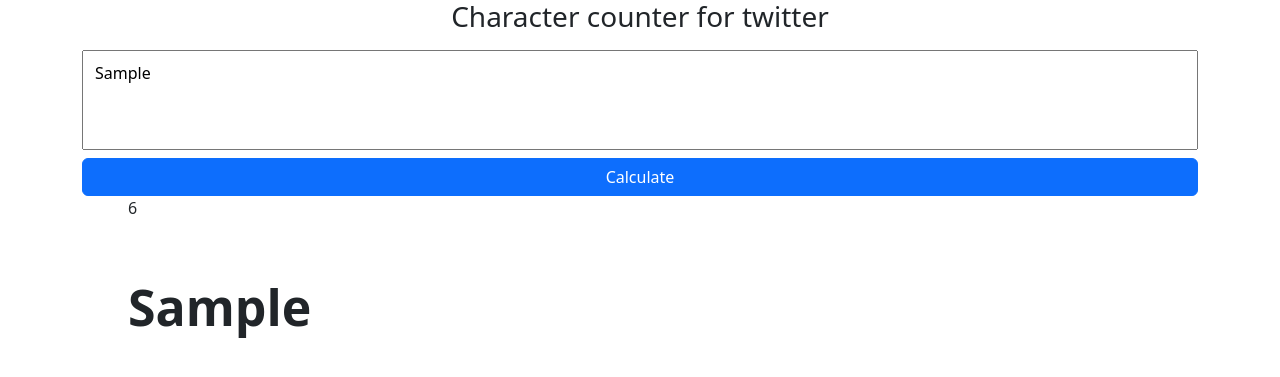
Repository: magmukendi/Tweets-Count
Page: index.html
An editor plug-in stored every save of this project. The page is shown before and after the next save, followed by the edit.
The browser window is 1280 px wide. The pictures show the whole page.
Empty fields were first filled with sample values (such as "Sample", 5 or name@example.com).
After loading, the first visible `#tt` was changed once.
Some web libraries are served in a nearby version.

Above is the page before, as saved 2022-06-11 14:55:56.
Console error: TypeError: Cannot set properties of undefined (setting 'color')

### index.html
<!DOCTYPE html>
<html lang="en">
<head>
    <meta charset="UTF-8">
    <meta http-equiv="X-UA-Compatible" content="IE=edge">
    <meta name="viewport" content="width=device-width, initial-scale=1.0">
    <link href="https://cdn.jsdelivr.net/npm/bootstrap@5.2.0-beta1/dist/css/bootstrap.min.css" rel="stylesheet" integrity="sha384-0evHe/X+R7YkIZDRvuzKMRqM+OrBnVFBL6DOitfPri4tjfHxaWutUpFmBp4vmVor" crossorigin="anonymous">
    <link rel="shortcut icon" href="assets/images/icon.ico"image/x-icon">
    <script src="https://kit.fontawesome.com/cd3abaa76f.js" crossorigin="anonymous"></script>

    <link href="style.css" rel="stylesheet">
    <title>Price Calculator</title>
</head>
<body>
    <div id="answer" class="container row">
        <h3>Character counter for twitter</h3>
        <textarea id="tt" class="mt-2 mb-2" id="won" autosize></textarea>
        <button onclick="myFunction()" class="btn btn-primary"> Calculate</button>


    </div>

    <div id="result"justify style="width: 80%; margin:auto; text-align: justify;">

    </div>


    <script type="text/javascript" src="app.js"></script>
</body>
</html>

### style.css
body{
    margin:auto;
    align-items: center;
    text-align: center;
}
.container{
    margin:auto;
    display: flex;
    justify-content: center;
    align-items: center;
}

.form-elem{
    margin-top: 10;
    margin-bottom: 10;
}

#tt{
    resize: none;
    overflow: visible;
    padding-top:10px;
    padding-bottom: 10px;
    height: 100px;
}

### app.js
let list = []
let result = 0;
let x;
let p;
let xValue;
let s;
let number;
let input = document.getElementById('tt');
let d;
let e;
let doc = document.getElementById('result');

function print(){
        doc.innerHTML = '';
        x = document.getElementById('tt');
        p = document.createElement('p')
        number = document.createElement('p')
        xValue = x.value;
        if (xValue){
                p.innerText = xValue
        }
        doc.append(number)
        doc.appendChild(p)
        p.style = 'font-weight:bold; font-size:50px; margin-top:50px';
        number.style = 'margin:auto, text-align:center';
}
function colorChange(){
        s = p.innerText
        let n =/\w+/g
        let char = /./g
        number.innerText = s.match(char).length;
        p.style.style.color ='green'
        if (s.match(char).length >=140){
                p.style.color ='red';
                console.log(s.match(n))

        }

        if(s.match(char).length >=145/2){
                p.style.color = 'blue';

        }
}
function render (){
        document.getElementById('tt').addEventListener('keyup', print)
        document.getElementById('tt').addEventListener('keyup', colorChange)
}
render()
function myFunction(){
        let doc = document.getElementById('result');
        doc.innerHTML = '';

        if (xValue){
                p.innerText = xValue
        }
        else{
                alert("please enter a number")
        }
        doc.appendChild(p)
        p.style = 'font-weight:bold; font-size:50px; margin-top:50px'
        x.value = ''
}


/*function add(){
        let p = document.getElementById('tt');
        let d =parseInt(p.value)
        if (d>=0){
                result += d;
                p.value =''
                console.log(result)
        }
        else{
                alert("please enter a number")
        }
}*/

After the next save:
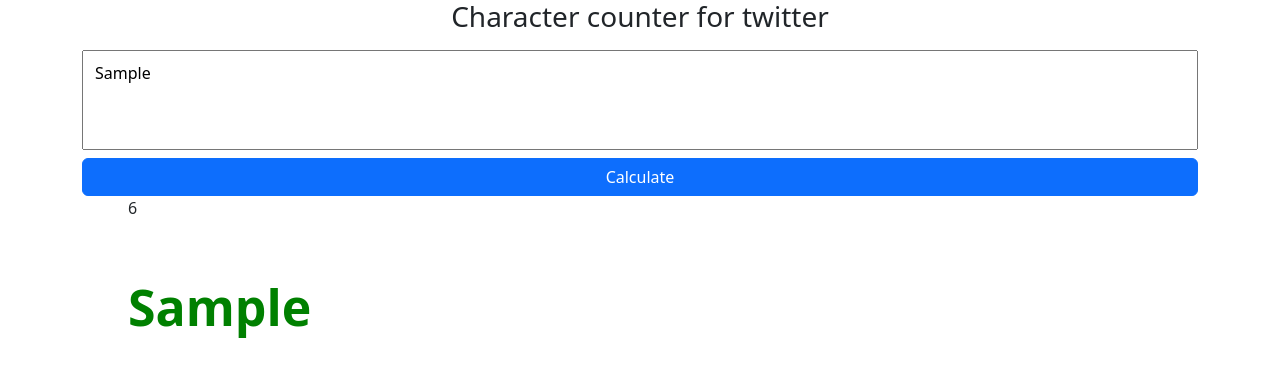
The error is gone.
Saved 24 s later.
--- a/app.js
+++ b/app.js
@@ -29,7 +29,7 @@
         let n =/\w+/g
         let char = /./g
         number.innerText = s.match(char).length;
-        p.style.style.color ='green'
+        p.style.color ='green'
         if (s.match(char).length >=140){
                 p.style.color ='red';
                 console.log(s.match(n))
